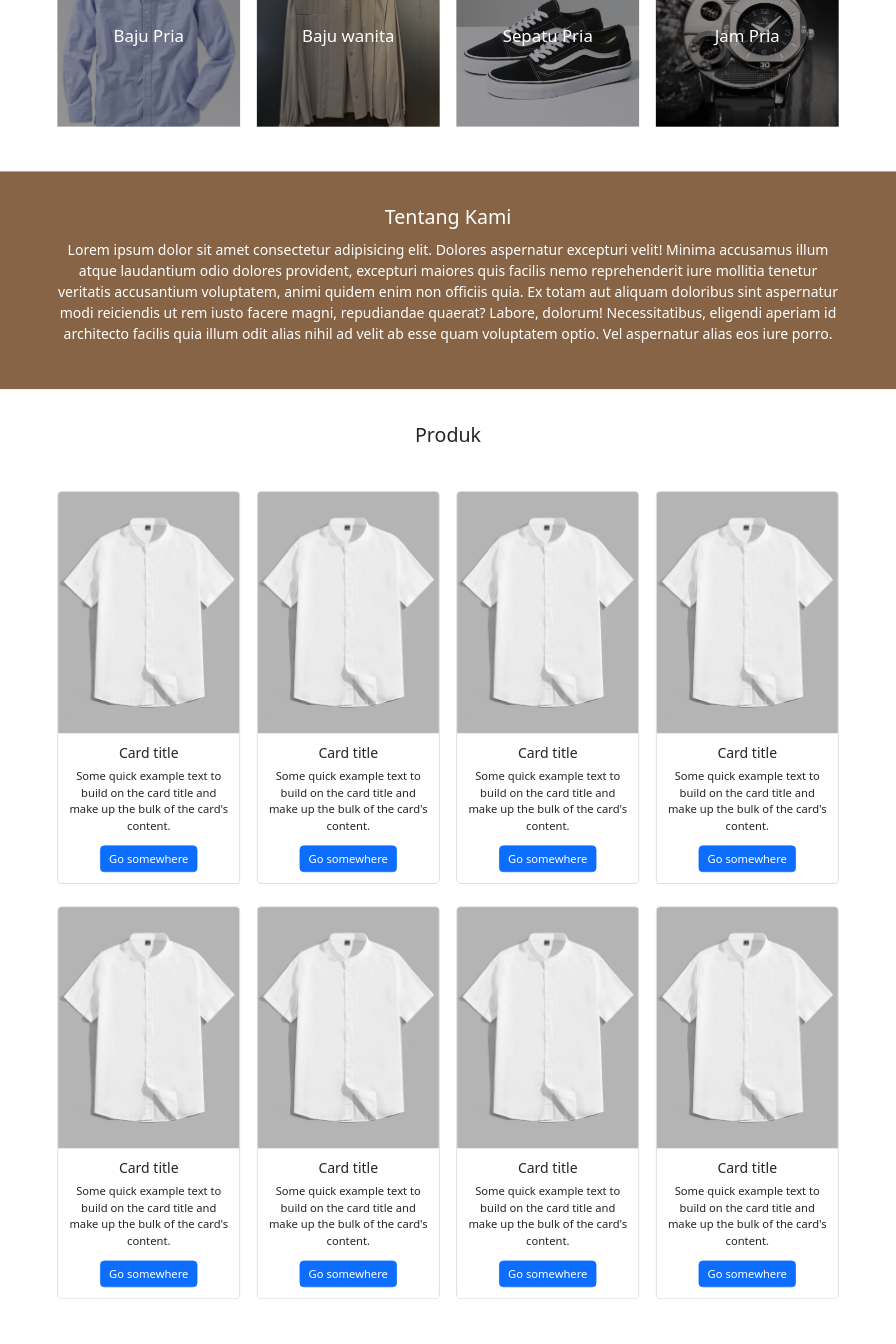
Repository: herman165/tugas_uas
Page: http://localhost/
An editor plug-in stored every save of this project. The page is shown before and after the next save, followed by the edit.
The browser window is 1280 px wide. The pictures show the part of the page from y = 847 to 2767 px (the page is 2767 px tall), at 70% of full size.
The page is run by PHP 8.4 with error messages shown; the project is at /var/www/html/.

Above is the page before, as saved 2024-12-10 01:41:26.

After the next save:
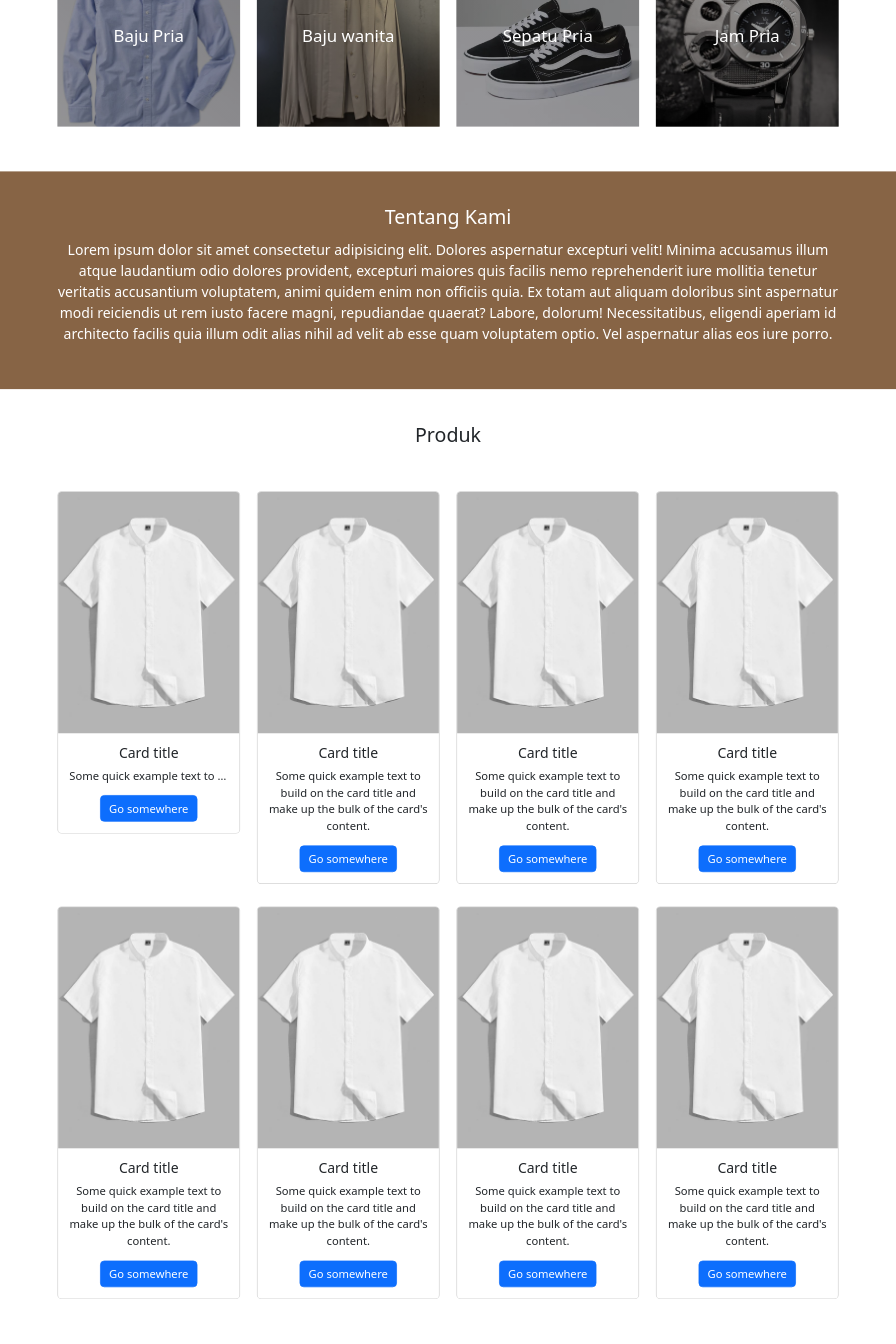
Saved 4 s later.
--- a/index.php
+++ b/index.php
@@ -77,7 +77,7 @@
                         <img src="image/Homens Camisa sólido pescoço não trespassado.jpg" class="card-img-top" alt="...">
                         <div class="card-body">
                             <h5 class="card-title">Card title</h5>
-                            <p class="card-text text-">Some quick example text to build on the card title and make up the bulk of the card's content.</p>
+                            <p class="card-text text-truncate">Some quick example text to build on the card title and make up the bulk of the card's content.</p>
                             <a href="#" class="btn btn-primary">Go somewhere</a>
                         </div>
                     </div>
